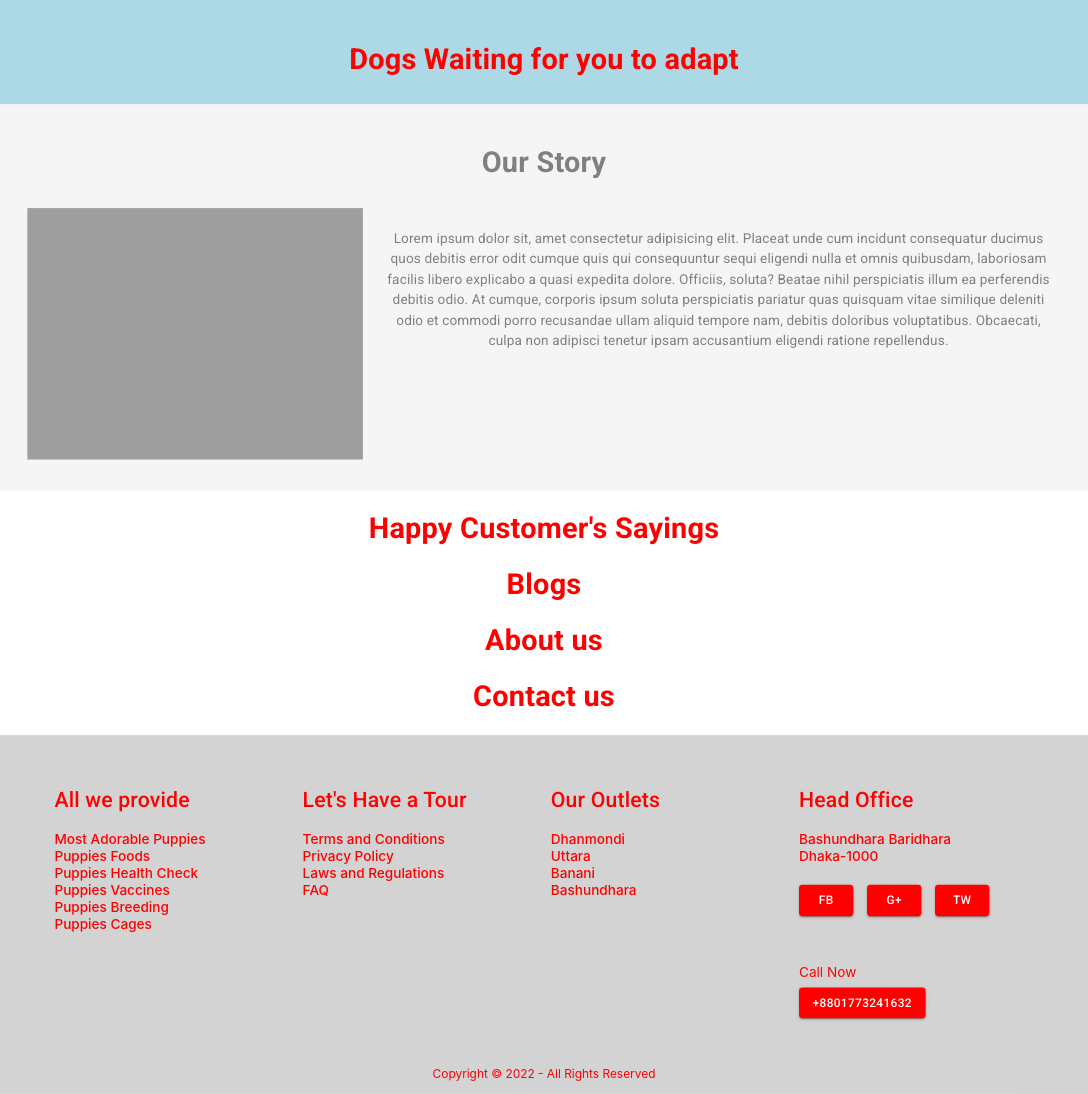
Repository: Sharif-00112/dogos-paradise-client
Page: /
These files come from the project's save history. The page is drawn as it stood at one moment and after a run of saves; the edit follows.
The browser window is 1280 px wide. The pictures show the part of the page from y = 1041 to 2328 px (the page is 2328 px tall), at 85% of full size.
Pictures or frames that could not be fetched are drawn as grey boxes. The page's requests for data from a server got no answer. The project was rebuilt for these pictures with package versions that can differ from the ones it lists, and the page was loaded fresh each time. No one was signed in, and anything a server would have sent is missing. Also part of the build but not shown: src/Pages/Home/Dog/Dog.js, src/Pages/Login/Login/Login.js, src/Pages/Login/Register/Register.js, src/Pages/NotFound/NotFound.js.

Above is the page before, as saved 2022-12-05 22:30:02.

### public/index.html
<!DOCTYPE html>
<html lang="en">
  <head>
    <meta charset="utf-8" />
    <link rel="icon" href="%PUBLIC_URL%/favicon.ico" />
    <meta name="viewport" content="width=device-width, initial-scale=1" />
    <meta name="theme-color" content="#000000" />
    <meta
      name="description"
      content="Web site created using create-react-app"
    />
    <link
      rel="stylesheet" href="https://fonts.googleapis.com/css?family=Roboto:300,400,500,700&display=swap"
    />

    <link rel="apple-touch-icon" href="%PUBLIC_URL%/logo192.png" />
    <!--
      manifest.json provides metadata used when your web app is installed on a
      user's mobile device or desktop. See https://developers.google.com/web/fundamentals/web-app-manifest/
    -->
    <link rel="manifest" href="%PUBLIC_URL%/manifest.json" />
    <!--
      Notice the use of %PUBLIC_URL% in the tags above.
      It will be replaced with the URL of the `public` folder during the build.
      Only files inside the `public` folder can be referenced from the HTML.

      Unlike "/favicon.ico" or "favicon.ico", "%PUBLIC_URL%/favicon.ico" will
      work correctly both with client-side routing and a non-root public URL.
      Learn how to configure a non-root public URL by running `npm run build`.
    -->
    <title>React App</title>
  </head>
  <body>
    <noscript>You need to enable JavaScript to run this app.</noscript>
    <div id="root"></div>
    <!--
      This HTML file is a template.
      If you open it directly in the browser, you will see an empty page.

      You can add webfonts, meta tags, or analytics to this file.
      The build step will place the bundled scripts into the <body> tag.

      To begin the development, run `npm start` or `yarn start`.
      To create a production bundle, use `npm run build` or `yarn build`.
    -->
  </body>
</html>

### src/App.js
import React  from 'react';
import './App.css';
import { BrowserRouter as Router, Route, Routes} from 'react-router-dom';
import Home from './Pages/Home/Home/Home';
import Login from './Pages/Login/Login/Login';
import Register from './Pages/Login/Register/Register';
import AuthProvider from './contexts/AuthProvider/AuthProvider';
// import PrivateRoute from './Pages/Login/PrivateRoute/PrivateRoute';
import NotFound from './Pages/NotFound/NotFound';
import Contact from './Pages/Home/Contact/Contact';
import Story from './Pages/Home/Story/Story';
import CustomerReviews from './Pages/Home/CustomerReviews/CustomerReviews';
import Blogs from './Pages/Home/Blogs/Blogs';
import About from './Pages/Home/About/About';
import Dogs from './Pages/Home/Dogs/Dogs';
// import Footer from './Pages/Shared/Footer/Footer';
// import Dashboard from './Pages/Dashboard/Dashboard/Dashboard';

function App() {
  return (
    <div className="App">
      <AuthProvider>
        <Router>
          <Routes>
            <Route exact path = '/' element={<Home/>}/>
            <Route exact path = '/home' element={<Home/>}/>
            <Route exact path = '/login' element={<Login/>}/>
            <Route exact path = '/register' element={<Register/>}/>
            <Route exact path = '/contact' element={<Contact/>}/>
            <Route exact path = '/dogs' element={<Dogs/>}/>
            <Route exact path = '/story' element={<Story/>}/>
            <Route exact path = '/reviews' element={<CustomerReviews/>}/>
            <Route exact path = '/blogs' element={<Blogs/>}/>
            <Route exact path = '/about' element={<About/>}/>
            {/* <Route exact path = '/appointment' element = {
              <PrivateRoute>
                <Appointment></Appointment>
              </PrivateRoute>
            }> </Route> */}
            {/* <Route path = 'dashboard/*' element = {
              <PrivateRoute>
                <Dashboard></Dashboard>
              </PrivateRoute>
            }> </Route> */}
            <Route path = '*' element={<NotFound/>}/>
          </Routes>
          {/* <Footer></Footer> */}
        </Router>
      </AuthProvider>
    </div>
  );
}

export default App;

### src/Pages/Home/Home/Home.js
import React from 'react';
import Footer from '../../Shared/Footer/Footer';
import Navigation from '../../Shared/Navigation/Navigation';
import About from '../About/About';
import Banner from '../Banner/Banner';
import Blogs from '../Blogs/Blogs';
import Contact from '../Contact/Contact';
import CustomerReviews from '../CustomerReviews/CustomerReviews';
import Dogs from '../Dogs/Dogs';
import Story from '../Story/Story';

const Home = () => {
    return (
        <div>
            <Navigation></Navigation>
            <Banner></Banner>
            <Dogs></Dogs>
            <Story></Story>
            <CustomerReviews></CustomerReviews>
            <Blogs></Blogs>
            <About></About>
            <Contact></Contact>
            <Footer></Footer>
        </div>
    );
};

export default Home;

### src/contexts/AuthProvider/AuthProvider.js
import React from 'react';
import { createContext } from 'react';
import useFirebase from '../../hooks/useFirebase';

//step-1-context
export const AuthContext = createContext();

const AuthProvider = (props) => {
    //step-3-context
    const {children} = props;

    //step-5-context
    const allContexts = useFirebase();

    return (
        //step-2-context
        <AuthContext.Provider value={allContexts}>
            {children}
        </AuthContext.Provider>
    );
};

export default AuthProvider;

### src/Pages/Home/Contact/Contact.js
import React from 'react';
import { Typography } from '@mui/material';

const Contact = () => {
    return (
        <div>
            <Typography sx={{ m: 3, color: 'red', fontWeight: 600 }} variant="h4" component="div">
                Contact us
            </Typography>
        </div>
    );
};

export default Contact;

### src/Pages/Home/Story/Story.js
import React from 'react';
import { Typography } from '@mui/material';
import Box from '@mui/material/Box';
import Grid from '@mui/material/Unstable_Grid2';


const Story = () => {
    return (
        <Box sx={{backgroundColor:"whitesmoke", p:4}}>
            <Typography sx={{ mt: 2, mb:4, color: 'gray', fontWeight: 600 }} variant="h4" component="div">
                Our Story
            </Typography>
            <Box sx={{ flexGrow: 1 }}>
                <Grid container spacing={2}>
                    <Grid xs={6} md={4}>
                        <img style={{ width: '100%'}} src="https://i.ibb.co/M8w31YS/dog-story.jpg" alt="dog-story" />
                    </Grid>
                    <Grid xs={6} md={8}>
                        <Typography sx={{ mx: 1, my:3, color: 'gray', fontWeight: 400 }} variant="body1" component="div">
                            Lorem ipsum dolor sit, amet consectetur adipisicing elit. Placeat unde cum incidunt consequatur ducimus quos debitis error odit cumque quis qui consequuntur sequi eligendi nulla et omnis quibusdam, laboriosam facilis libero explicabo a quasi expedita dolore. Officiis, soluta? Beatae nihil perspiciatis illum ea perferendis debitis odio. At cumque, corporis ipsum soluta perspiciatis pariatur quas quisquam vitae similique deleniti odio et commodi porro recusandae ullam aliquid tempore nam, debitis doloribus voluptatibus. Obcaecati, culpa non adipisci tenetur ipsam accusantium eligendi ratione repellendus.
                        </Typography>
                    </Grid>
                </Grid>
            </Box>
        </Box>
    );
};

export default Story;

### src/Pages/Home/CustomerReviews/CustomerReviews.js
import React from 'react';
import { Typography } from '@mui/material';


const CustomerReviews = () => {
    return (
        <div>
            <Typography sx={{ m: 3, color: 'red', fontWeight: 600 }} variant="h4" component="div">
                Happy Customer's Sayings
            </Typography>
        </div>
    );
};

export default CustomerReviews;

### src/Pages/Home/Blogs/Blogs.js
import React from 'react';
import { Typography } from '@mui/material';


const Blogs = () => {
    return (
        <div>
            <Typography sx={{ m: 3, color: 'red', fontWeight: 600 }} variant="h4" component="div">
                Blogs
            </Typography>
        </div>
    );
};

export default Blogs;

### src/Pages/Home/About/About.js
import React from 'react';
import { Typography } from '@mui/material';

const About = () => {
    return (
        <div>
            <Typography sx={{ m: 3, color: 'red', fontWeight: 600 }} variant="h4" component="div">
                About us
            </Typography>
        </div>
    );
};

export default About;

### src/Pages/Home/Dogs/Dogs.js
import React, { useEffect, useState } from 'react';
import Box from '@mui/material/Box';
import Grid from '@mui/material/Unstable_Grid2';
import Typography from '@mui/material/Typography';
import { Container } from '@mui/material';
import Dog from '../Dog/Dog';

// const dogs = [
//     {
//         title: "Siberian Husky",
//         age: '13',
//         breed: 'Mixed',
//         image: 'https://i.ibb.co/VV1yxdy/dog-1.jpg',
//         price: 700,
//         description: 'Lorem ipsum dolor sit amet, consectetur adipisicing elit. Quo, magni ab. Sed aut nesciunt neque laudantium culpa sit? Possimus, id.'
//     },
//     {
//         title: "German Shepherd",
//         age: '8',
//         breed: 'Mixed',
//         image: 'https://i.ibb.co/tZcvfCd/dog-2.jpg',
//         price: 700,
//         description: 'Lorem ipsum dolor sit amet, consectetur adipisicing elit. Quo, magni ab. Sed aut nesciunt neque laudantium culpa sit? Possimus, id.'
//     },
//     {
//         title: "Golden Retriever",
//         age: '5',
//         breed: 'Mixed',
//         image: 'https://i.ibb.co/YPHDzsb/dog-3.jpg',
//         price: 700,
//         description: 'Lorem ipsum dolor sit amet, consectetur adipisicing elit. Quo, magni ab. Sed aut nesciunt neque laudantium culpa sit? Possimus, id.'
//     },
//     {
//         title: "Bulldog",
//         age: '6',
//         breed: 'Mixed',
//         image: 'https://i.ibb.co/bjty4nS/dog-4.jpg',
//         price: 700,
//         description: 'Lorem ipsum dolor sit amet, consectetur adipisicing elit. Quo, magni ab. Sed aut nesciunt neque laudantium culpa sit? Possimus, id.'
//     },
//     {
//         title: "Irish Setter",
//         age: '9',
//         breed: 'Mixed',
//         image: 'https://i.ibb.co/QPSnF0t/dog-5.jpg',
//         price: 700,
//         description: 'Lorem ipsum dolor sit amet, consectetur adipisicing elit. Quo, magni ab. Sed aut nesciunt neque laudantium culpa sit? Possimus, id.'
//     },
//     {
//         title: "Brussels Griffon",
//         age: '4',
//         breed: 'Mixed',
//         image: 'https://i.ibb.co/z5kJHB2/dog-6.jpg',
//         price: 700,
//         description: 'Lorem ipsum dolor sit amet, consectetur adipisicing elit. Quo, magni ab. Sed aut nesciunt neque laudantium culpa sit? Possimus, id.'
//     },
//     {
//         title: "Newfoundland",
//         age: '15',
//         breed: 'Mixed',
//         image: 'https://i.ibb.co/mD4CtfC/dog-7.jpg',
//         price: 700,
//         description: 'Lorem ipsum dolor sit amet, consectetur adipisicing elit. Quo, magni ab. Sed aut nesciunt neque laudantium culpa sit? Possimus, id.'
//     },
//     {
//         title: "French Bulldog",
//         age: '7',
//         breed: 'Mixed',
//         image: 'https://i.ibb.co/PCQT44S/dog-8.jpg',
//         price: 700,
//         description: 'Lorem ipsum dolor sit amet, consectetur adipisicing elit. Quo, magni ab. Sed aut nesciunt neque laudantium culpa sit? Possimus, id.'
//     },
//     {
//         title: "Beagle",
//         age: '12',
//         breed: 'Mixed',
//         image: 'https://i.ibb.co/XLvC5BW/dog-9.jpg',
//         price: 700,
//         description: 'Lorem ipsum dolor sit amet, consectetur adipisicing elit. Quo, magni ab. Sed aut nesciunt neque laudantium culpa sit? Possimus, id.'
//     },
//     {
//         title: "Poodle",
//         age: '15',
//         breed: 'Mixed',
//         image: 'https://i.ibb.co/rxMv41c/dog-10.jpg',
//         price: 700,
//         description: 'Lorem ipsum dolor sit amet, consectetur adipisicing elit. Quo, magni ab. Sed aut nesciunt neque laudantium culpa sit? Possimus, id.'
//     }
// ]

const Dogs = () => {
    const [dogs, setDogs] = useState([]);

    useEffect(() => {
        fetch('http://localhost:3005/dogs')
        .then(res => res.json())
        .then(data => setDogs(data))
    }, []);

    return (
        <div>
            <Box sx={{ flexGrow: 1, backgroundColor:"lightblue", py:4 }}>
                <Container>
                    <Typography sx={{ p:3, color: 'red', fontWeight: 600 }} variant="h4" component="div">
                        Dogs Waiting for you to adapt
                    </Typography>

                    <Grid container spacing={{ xs: 2, md: 3 }} columns={{ xs: 4, sm: 8, md: 12 }}>
                        {
                            dogs.map(dog => (
                                <Grid xs={2} sm={4} md={4} key={dog._id}>
                                    <Dog
                                        key= {dog._id}
                                        dog = {dog}
                                    ></Dog>
                                </Grid>
                            ))
                        }
                    </Grid>
                </Container>
            </Box>
        </div>
    );
};

export default Dogs;

### src/Pages/Home/Banner/Banner.js
import React from 'react';
import { Typography } from '@mui/material';

const Banner = () => {
    return (
        <div>
            {/* <Typography sx={{ m: 3, color: 'red', fontWeight: 600 }} variant="h4" component="div">
                Head Banner
            </Typography> */}
            <img style={{ width: '100%'}} src="https://i.ibb.co/Mnn0NX3/dog-cover-1.jpg" alt="dog-human playing" />
            <Typography sx={{ mt: -25, mb:8, color: 'red', fontWeight: 700 }} variant="h4" component="div">
                Dogs are not only pets;
                <br /> <br />
                They are "L O V E"
            </Typography>
        </div>
    );
};

export default Banner;

### src/hooks/useAuth.js
//step-6-context

import { useContext } from "react"
import { AuthContext } from "../../src/contexts/AuthProvider/AuthProvider"

const useAuth = () =>{
    return useContext(AuthContext);
}

export default useAuth;

### src/Pages/Login/Firebase/firebase.initialize.js
import { initializeApp } from "firebase/app";
import firebaseConfig from "./firebase.config";

const initializeAuthentication = () =>{
    initializeApp(firebaseConfig);
}

export default initializeAuthentication;

### src/Pages/Login/Firebase/firebase.config.js
// console.log(process.env);

const firebaseConfig = {
  apiKey: process.env.REACT_APP_FIREBASE_API_KEY,
  authDomain: process.env.REACT_APP_FIREBASE_AUTH_DOMAIN,
  projectId: process.env.REACT_APP_FIREBASE_PROJECT_ID,
  storageBucket: process.env.REACT_APP_FIREBASE_STORAGE_BUCKET,
  messagingSenderId: process.env.REACT_APP_FIREBASE_MESSAGING_SENDER_ID,
  appId: process.env.REACT_APP_FIREBASE_APP_ID,
  measurementId: process.env.REACT_APP_FIREBASE_MEASUREMENT_ID
};

export default firebaseConfig;

// .env.local
// REACT_APP_FIREBASE_API_KEY=AIzaSyCGaQ8G2l5KeOKX4bAJ7MC19oWW_2vnTNQ
// REACT_APP_FIREBASE_AUTH_DOMAIN=dogos-paradise.firebaseapp.com
// REACT_APP_FIREBASE_PROJECT_ID=dogos-paradise
// REACT_APP_FIREBASE_STORAGE_BUCKET=dogos-paradise.appspot.com
// REACT_APP_FIREBASE_MESSAGING_SENDER_ID=824394057307
// REACT_APP_FIREBASE_APP_ID=1:824394057307:web:727ac0c86627b9544a617e
// REACT_APP_FIREBASE_MEASUREMENT_ID=G-DL8JJ6MYSD

// const firebaseConfig = {
  // apiKey: "AIzaSyCGaQ8G2l5KeOKX4bAJ7MC19oWW_2vnTNQ",
  // authDomain: "dogos-paradise.firebaseapp.com",
  // projectId: "dogos-paradise",
  // storageBucket: "dogos-paradise.appspot.com",
  // messagingSenderId: "824394057307",
  // appId: "1:824394057307:web:727ac0c86627b9544a617e",
  // measurementId: "G-DL8JJ6MYSD"
// };

Loaded but not shown: src/index.js (common file); src/index.css (common file); src/reportWebVitals.js (common file); src/App.css (common file); src/Pages/Shared/Navigation/Navigation.js (229 lines, source omitted); src/hooks/useFirebase.js (273 lines, source omitted); src/Pages/Shared/Footer/Footer.js (156 lines, source omitted)

After the next 2 saves:
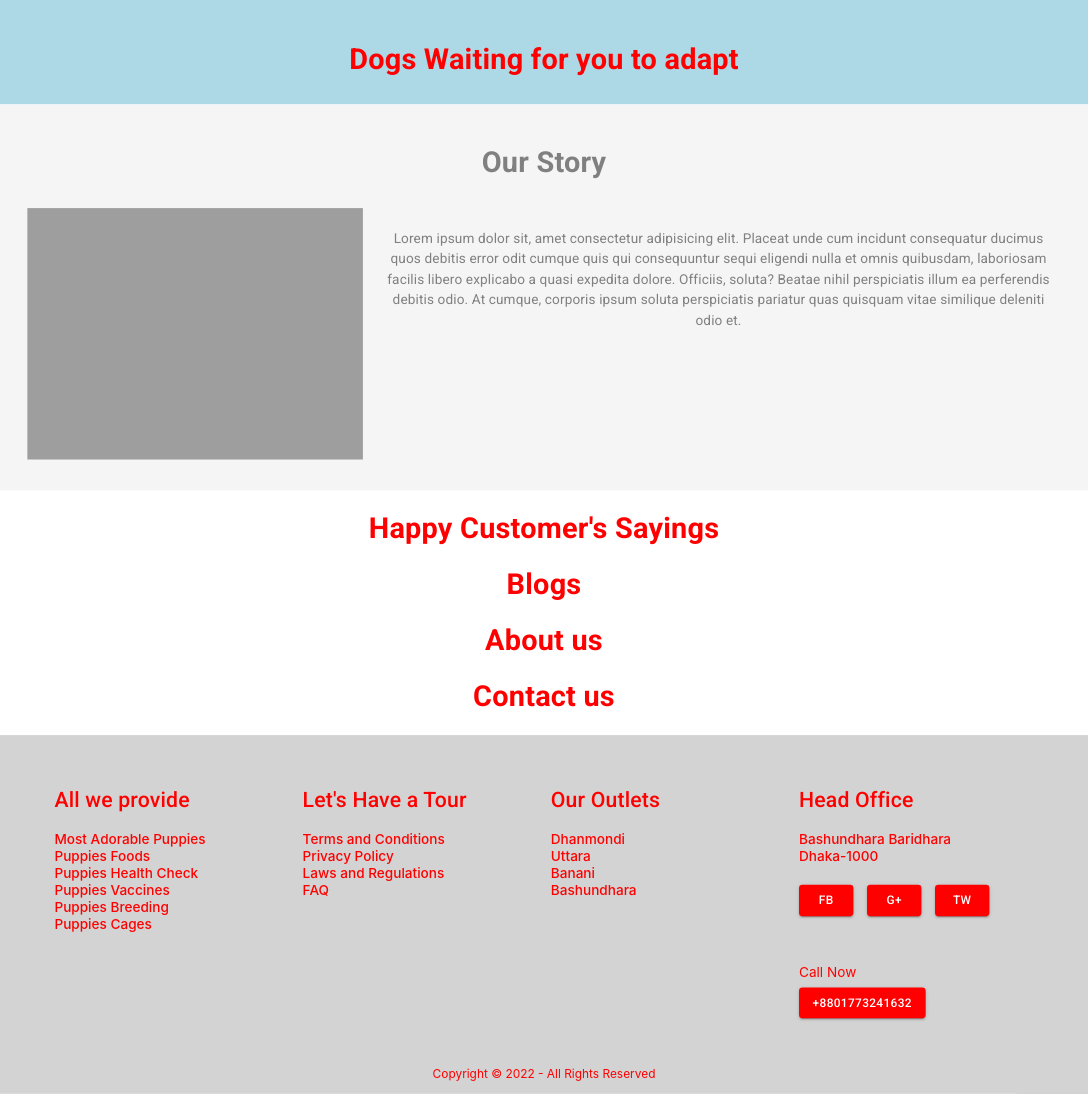
The 2 saves are shown as one change because 1 did not build or start.
The last was saved 23 s later.
--- a/src/Pages/Home/Story/Story.js
+++ b/src/Pages/Home/Story/Story.js
@@ -17,7 +17,7 @@ const Story = () => {
                     </Grid>
                     <Grid xs={6} md={8}>
                         <Typography sx={{ mx: 1, my:3, color: 'gray', fontWeight: 400 }} variant="body1" component="div">
-                            Lorem ipsum dolor sit, amet consectetur adipisicing elit. Placeat unde cum incidunt consequatur ducimus quos debitis error odit cumque quis qui consequuntur sequi eligendi nulla et omnis quibusdam, laboriosam facilis libero explicabo a quasi expedita dolore. Officiis, soluta? Beatae nihil perspiciatis illum ea perferendis debitis odio. At cumque, corporis ipsum soluta perspiciatis pariatur quas quisquam vitae similique deleniti odio et commodi porro recusandae ullam aliquid tempore nam, debitis doloribus voluptatibus. Obcaecati, culpa non adipisci tenetur ipsam accusantium eligendi ratione repellendus.
+                            Lorem ipsum dolor sit, amet consectetur adipisicing elit. Placeat unde cum incidunt consequatur ducimus quos debitis error odit cumque quis qui consequuntur sequi eligendi nulla et omnis quibusdam, laboriosam facilis libero explicabo a quasi expedita dolore. Officiis, soluta? Beatae nihil perspiciatis illum ea perferendis debitis odio. At cumque, corporis ipsum soluta perspiciatis pariatur quas quisquam vitae similique deleniti odio et.
                         </Typography>
                     </Grid>
                 </Grid>
